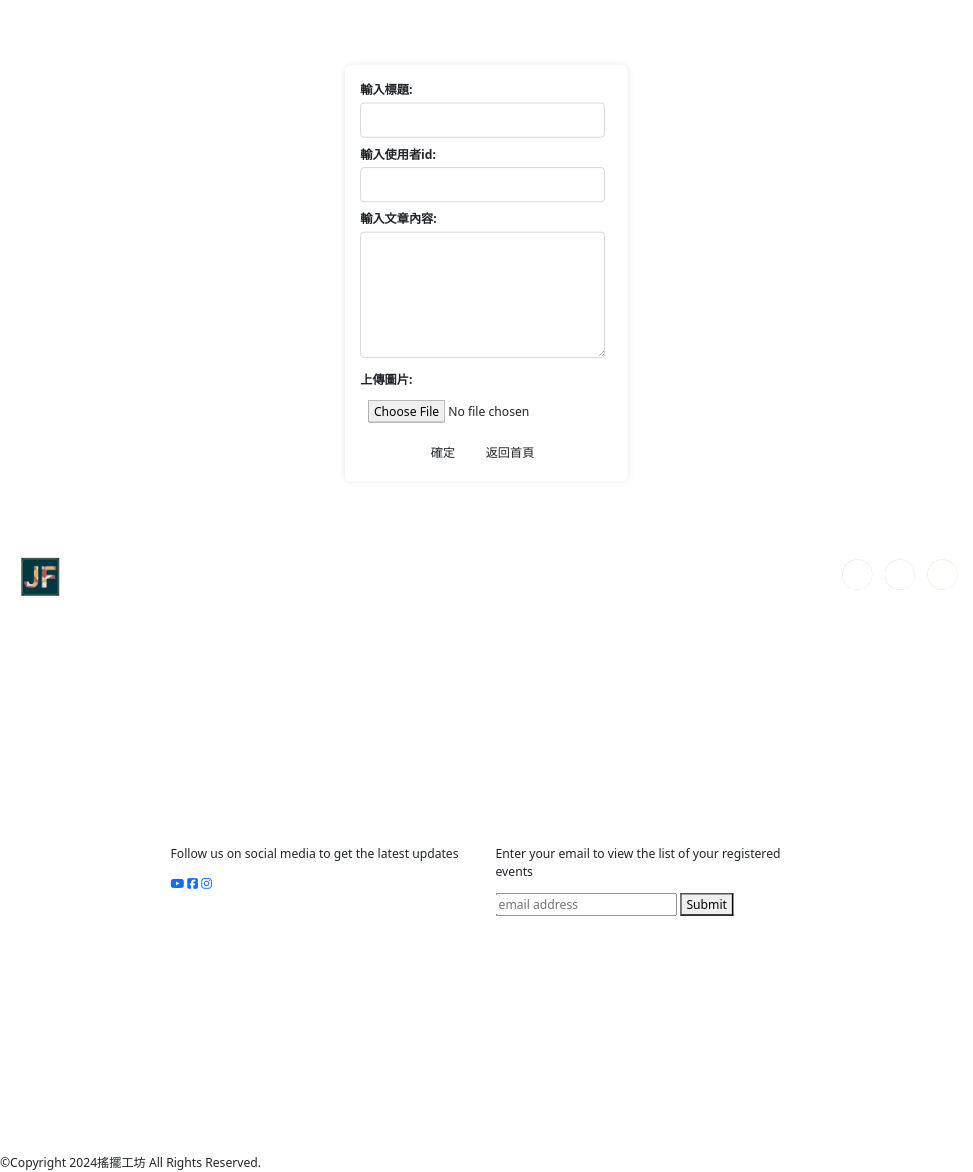
Repository: mmmooonnn0211/project
Page: workspace/demoSpringBoot-1/src/main/resources/static/html/LTInsertFront.html
The author's editor kept a copy of each file at every save. The page is drawn from the files as they stood at one save, then again after the next save.
The browser window is 1280 px wide. The pictures show the whole page, at 76% of full size.
Some web libraries are served in a nearby version.

Above is the page before, as saved 2024-05-06 19:47:37.

### workspace/demoSpringBoot-1/src/main/resources/static/html/LTInsertFront.html
<!DOCTYPE html>
<html>

<head>
	<style>
		body {
			font-family: 'Nunito', sans-serif;
			background-color: #fdf5e6;
			margin: 0;
			padding: 0;
		}

		.container {
			min-height: 100vh;
			display: flex;
			justify-content: center;
			align-items: center;
		}

		.form {
			max-width: 400px;
			padding: 20px;
			background-color: #fff;
			border-radius: 8px;
			box-shadow: 0 0 10px rgba(0, 0, 0, 0.1);
		}

		.form label {
			font-weight: bold;
			margin-bottom: 5px;
			display: block;
		}

		.form input[type="text"],
		.form textarea {
			width: calc(100% - 10px);
			padding: 10px;
			margin-bottom: 10px;
			border: 1px solid #ccc;
			border-radius: 5px;
			font-size: 16px;
			resize: vertical;
		}

		.form input[type="file"] {
			width: calc(100% - 10px);
			padding: 10px;
			margin-bottom: 10px;
		}

		.btn-container {
			text-align: center;
		}

		.btn {
			background-color: #4DFFFF;
			border: none;
			color: black;
			padding: 10px 20px;
			text-align: center;
			text-decoration: none;
			display: inline-block;
			font-size: 16px;
			margin-right: 10px;
			border-radius: 8px;
			cursor: pointer;
			transition: background-color 0.3s;
		}

		.btn:hover {
			background-color: #00cccc;
		}
	</style>
	<meta charset="UTF-8">
	<title>Insert title here</title>
	<script src="https://cdn.jsdelivr.net/npm/sweetalert2@11"></script>

	<link href="https://cdn.jsdelivr.net/npm/bootstrap@5.0.0-beta3/dist/css/bootstrap.min.css" rel="stylesheet"
		integrity="sha384-eOJMYsd53ii+scO/bJGFsiCZc+5NDVN2yr8+0RDqr0Ql0h+rP48ckxlpbzKgwra6" crossorigin="anonymous">
	<script src="https://kit.fontawesome.com/4287c80df9.js" crossorigin="anonymous"></script>

	<!--Google Font : Nunito-->
	<link rel="preconnect" href="https://fonts.gstatic.com">
	<link href="https://fonts.googleapis.com/css2?family=Nunito:wght@600&display=swap" rel="stylesheet">
</head>

<body>
	<div class="container">
		<div class="form">
			<form method="post" action="/LTinsertFront.controller" enctype="multipart/form-data"
				onsubmit="return validateForm();">
				<label for="title">輸入標題:</label>
				<input type="text" id="title" name="title" />

				<label for="userId">輸入使用者id:</label>
				<input type="text" id="userId" name="userId" />

				<label for="content">輸入文章內容:</label>
				<textarea id="content" name="content" rows="6"></textarea>

				<label for="picture">上傳圖片:</label>
				<input type="file" id="picture" name="picture" />

				<div class="btn-container">
					<input class="btn" type="submit" value="確定" />
					<a class="btn" href="/LTSelectAll">返回首頁</a>
				</div>
			</form>
		</div>
	</div>

	<script>
		function validateForm() {
			var titleInput = document.getElementById('title').value.trim();
			var userIdInput = document.getElementById('userId').value.trim();
			var contentInput = document.getElementById('content').value.trim();

			if (titleInput === '' || userIdInput === '' || contentInput === '') {
				Swal.fire({
					icon: 'warning',
					title: '請確保標題、ID、文章內容都已輸入😒😒😒',
					showConfirmButton: false,
					timer: 1500
				});
				return false;
			}
			return true;
		}
		fetch('/html/basic.html')
			.then(response => response.text())
			.then(html => {
				document.body.innerHTML += html;
			});
	</script>
</body>

</html>

### workspace/demoSpringBoot-1/src/main/resources/static/html/basic.html
<!doctype html>
<html lang="en">

<head>
    <!-- Required meta tags -->
    <meta charset="utf-8">
    <meta name="viewport" content="width=device-width, initial-scale=1">




    <title>JFSwing</title>
</head>

<body>

    <!-- Shashank's Section -->
    <!-- <section class="title"> -->
    <!-- Navbar section -->
    <nav class="navbar navbar-expand-lg navbar-dark">
        <!-- <LOGO> -->
        <div class="container-fluid">
            <div width="50px" height="50px">
                <a class="m-3" href="index.html"> <img src="../images/LOGO.png" width="50px" height="50px"
                        alt="Eternals">
                </a>
                <button class="navbar-toggler" type="button" data-bs-toggle="collapse" data-bs-target="#navbarCollapse"
                    aria-controls="navbarCollapse" aria-expanded="false" aria-label="Toggle navigation">
                    <span class="navbar-toggler-icon"></span>
                </button>
            </div>
            <div class="collapse navbar-collapse" id="navbarCollapse">
                <ul class="navbar-nav ">
                    <li class="nav-item">
                        <a class="nav-link active" href="frontPage.html">Home </a>
                    </li>
                    <li class="nav-item">
                        <a class="nav-link" href="about.html">關於</a>
                    </li>
                    <li class="nav-item">
                        <a class="nav-link" href="EventAll.html">活動</a>
                    </li>
                    <li class="nav-item">
                        <a class="nav-link" href="/LTSelectAll2">互動區</a>
                    </li>
                    <li class="nav-item">
                        <a class="nav-link" href="contact.html">課程</a>
                    </li>
                    <li class="nav-item">
                        <a class="nav-link" href="">購物車</a>
                    </li>
                    <li class="nav-item">
                        <a class="nav-link" href="">配對</a>
                    </li>

                </ul>

            </div>

            <!-- <右上角的東西> -->
            <div class="navbar-nav justify-content-end">
                <ul class="navbar-nav">
                    <li class="nav-item">
                        <div class="m-2 rounded-circle overflow-hidden align-self-center ratio ratio-1x1"
                            style="width: 40px">
                            <img src="../images/LOVE.png" alt="" class="object-fit-cover w-100 h-100" />
                        </div>
                    </li>
                    <li class="nav-item">
                        <div class="m-2 rounded-circle overflow-hidden align-self-center ratio ratio-1x1"
                            style="width: 40px">
                            <img src="../images/SHOP.png" alt="" class="object-fit-cover w-100 h-100" />
                        </div>
                    </li>
                    <li class="nav-item">
                        <a href="#" target="_blank"
                            class="m-2 rounded-circle overflow-hidden align-self-center ratio ratio-1x1"
                            style="width: 40px; display: inline-block;">
                            <img src="../images/MAN.png" alt="Facebook" class="object-fit-cover w-100 h-100" />
                        </a>
                    </li>

                </ul>

            </div>
        </div>
    </nav>

    <!-- Title -->
    <!-- <中間> -->



    <!-- footer-->
    <div class="slant footer-content mt-auto">

        <footer class="below">
            <div class="container">
                <div class="row">
                    <div class="col-lg-6">
                        <p class="left">Follow us on social media to get the latest updates</p>
                        <a href="#"><i class="fab fa-youtube"></i></a>
                        <a href="https://www.facebook.com/apple.hi.77?mibextid=kFxxJD"><i
                                class="fab fa-facebook-square"></i></a>
                        <a href="#"><i class="fab fa-instagram"></i></a>

                    </div>
                    <div class="col-lg-6">
                        <p class="right">Enter your email to view the list of your registered events</p>
                        <input id="mail" placeholder="email address">
                        <span><button id="bttn">
                                Submit </button></span>
                    </div>
                </div>
                <hr style="margin-top: 50px;">
            </div>
            <div class="last">&copy;Copyright 2024搖擺工坊 All Rights Reserved.</div>
        </footer>

    </div>



</body>

</html>

### workspace/demoSpringBoot-1/src/main/resources/static/styles/home.css
/* hiding vertical scroll bar from every page */
::-webkit-scrollbar {
  width: 0 !important
}




body {
  font-family: 'Nunito', sans-serif;
  background-color: #FBF8EC;
  word-spacing: 0.25rem;
}

::selection {
  color: black;
  background: #ffc100;
}

::placeholder {
  color: rgb(202, 192, 192);
}

.neon-yellow {
  color: #ffc100;
}

.working-heading {
  font-size: 2.3rem;
  font-weight: bold;
  color: black;
}


.date-style {
  font-weight: 850;
  padding: 0 0 0.3rem 0;
}

.sub-heading {
  font-size: 1.5rem;
  font-weight: 1000;
  padding: 0 0 0.3rem 0;
}

.small-subtext {
  color: black;
  font-weight: 700;
  font-size: 1rem;
}

.process-heading {
  font-weight: 1000;
  font-size: 0.95rem;
}

.eng,
.feedback,
.some {
  font-size: 2.3rem;
  font-weight: 1000;
  color: black;
}

.center-line {
  border-left: 0.58rem solid #ffc100;
  height: 110%;
  position: absolute;
  top: 0%;
  left: 0%;
}

.padding-for-mobile {
  padding: 0 1rem 2rem 4rem;
  text-align: left;
  /*background-color:  white;*/
}

.stickyy-corner {
  position: -webkit-sticky;
  position: sticky;
  top: 0;
}

.timeline-left-style {
  color: black;
  text-align: right;
  padding: 0 4rem 0 5.2rem;
}

.timeline-right-style {
  color: black;
  text-align: left;
  position: relative;
  padding: 0 5.2rem 0 4rem;
  overflow-y: hidden;
}

.d-block {
  margin-top: 2%;
  border-radius: 7px;
  border: 3px solid rgb(245, 241, 241);
  width: 100%;
}

.chess,
.review,
.event {
  color: #ffc100;
  font-weight: 850;
  font-size: 0.95rem;
}


#text {
  font-weight: 850;
  font-size: 0.75rem;
  margin-bottom: 7px;
}

#sugg {
  font-size: 1.5rem;
  font-weight: 1000;
}

#btn {
  background-color: #ffc100;
  color: rgb(0, 0, 0);
  padding: 10px 20px;
  text-align: center;
  border: none;
  border-radius: 3px;
  display: block;
  margin: auto;
  margin-top: 15px;
  font-weight: bold;
}


#box,
#msg {
  background-color: #DDDDDD;
  border-radius: 3.5px;
  border: none;
  margin-bottom: 12px;
  width: 100%;
}

#msg {
  height: 120px;
}

#box {
  height: 35px;
}

#spon {
  color: black;
  margin-top: 60px;
  display: flex;
  justify-content: space-evenly;
  align-items: center;
  font-weight: bold;
  margin-bottom: 20px;
}

.image {
  height: 100px;
}

.image3 {
  height: 250px;
  overflow-y: hidden;
}

.pic1,
.pic2 {
  font-weight: bold;
  font-size: medium;
}

.pic1 {
  margin-top: 20px;
}

.column {
  display: flex;
  flex-direction: column;
  justify-content: space-evenly;
  align-items: center;
}

.columns {
  display: flex;
  flex-direction: column;
  justify-content: center;
  align-items: flex-start;
}

.pic2 {
  color: gray;
  font-size: small;
}

.event,
.some,
.last,
.pic,
.pic1,
.pic2 {
  display: flex;
  justify-content: space-evenly;
  align-items: center;
}

.subhead {
  color: black;
  font-size: 3rem;
  overflow-y: hidden;
}

.active {
  color: #ffc100;
}

.active:hover {
  color: #ffc100;
}

p {
  color: black;
}

.title-img {
  width: 25%;
  margin-left: 8%;
  transform: rotate(10deg);
}

.hover {
  color: #ffc100;
}

.title-img3 {
  width: 25%;
  transform: rotate(-10deg);
}

.title-img2 {
  width: 35%;
  padding-right: 5%;
  padding-left: 5%;


}

.carousel-img-styles {
  border: 0.13rem solid black;
  border-radius: 1rem;
}

h1 {
  font-size: 5rem;
  line-height: 1.5;
  font-weight: 900;
}

#title {
  margin-bottom: 11rem;
}

.col-lg-3 {
  padding-left: 3rem;
}

.ex-btn {
  margin-top: 2.5rem;
  margin-bottom: 30px;
}

.carousel-container {
  width: 55%;
}

#cards {
  padding: 10px 50px;
}

.card {
  background-color: black;
  border-radius: 10px;
  /* display: block;
    margin: auto;
    font: 16px;
    width:55%; */
  padding: 30px 20px;

}

@media only screen and (max-width: 767px) {
  .small-subtext {
    font-size: 0.8rem;
  }

  .padding-for-mobile {
    padding: 0 0 4rem 2rem;
  }

  /*
  .sticky-corner {
    position: static;
  }
  */
  #cards {
    padding: 0px 20px;
  }


  .sub-heading {
    font-size: 1.3rem;
  }

  .process-heading {
    font-size: 0.85rem;
  }

  .working-heading {
    font-size: 1.5rem;
  }

  .timeline-left-style {
    padding: 0 2.5rem 0 3rem;
  }

  .timeline-right-style {
    padding: 0 3rem 0 2.5rem;
  }

  #spon {
    font-size: 1.5rem;
  }

  .some,
  .eng,
  .feedback {
    font-size: 1.5rem;
  }

  .card {
    width: 100%;
  }

  .pic {
    flex-direction: column;
  }

  .carousel-container {
    width: 85%;
  }
}

@media only screen and (max-width: 575px) {

  .title-img,
  .title-img3 {
    display: none;
  }

  .title-img2 {
    display: block;
    margin: auto;
    width: 100%;
    padding: 50px;
  }
}

@media only screen and (max-width: 375px) {


  .date-style {
    font-size: 0.8rem;
  }

  .sub-heading {
    font-size: 0.9rem;
  }

  .small-subtext {
    font-size: 0.7rem;
  }

  .timeline-left-style {
    padding: 0 1.6rem 0 2rem;
  }

  .timeline-right-style {
    padding: 0 2rem 0 2rem;
  }
}

### workspace/demoSpringBoot-1/src/main/resources/static/styles/footer.css
/*
hiding vertical scroll bar from every page
*/
::-webkit-scrollbar {
    width: 0 !important
}




.slant {
    /* width: 110%;
    background-color: #DDDDDD;
    transform: rotate(-3deg);
    height: 100px; */
    clip-path: polygon(0 15%, 100% 0, 100% 100%, 0 100%);
  }

  .container{
    margin-top: 30px;
  }

  .left, .right {
    font-size: large;
    font-weight: bold;
    margin-top: 50px;
    color: rgb(61, 59, 59);
    margin-bottom: 30px;
  }

  .below {
    background-color:#D4B572;
    position: relative;
    padding-top: 8px;
    padding-bottom: 6px;
    width: 100%;
    height: 100%;
  }

  #mail {
    border: none;
    height: 30px;
    padding: 20px;
    font-size: small;
    font-weight: bold;
  }

  #bttn {
    background-color: #ffc100;
    color: black;
    padding: 12px 20px;
    text-align: center;
    border: none;
    border-radius: 3px;
    font-weight: bold;
  }


  .fa-youtube:hover{
    color: rgb(230, 59, 59);
    transition: 0.5s;
  }

  .fa-twitter:hover, .fa-facebook-square:hover{
    color: rgba(18, 212, 212, 0.596);
    transition: 0.5s;
  }

  .fa-instagram:hover{
    color: rgb(218, 30, 61);
    transition: 0.5s;
  }

  .fa-github{
    color: rgb(43, 36, 36);
    transition: 0.5s;
  }

  .fab {
    padding: 0 1rem 0 1rem;
    font-size: 2rem;
    color: black;
  }

  .last {
    font-weight: 900;
    color: rgb(61, 59, 59);
    margin: 20px;
    display: flex;
  justify-content: space-evenly;
  align-items: center;
  }

  @media only screen and (max-width: 767px) {
    .slant{
      clip-path: polygon(0 5%, 100% 0, 100% 100%, 0 100%);
    }
  }

  @media only screen and (max-width: 375px) {
    .slant{
      clip-path: polygon(0 5%, 100% 0, 100% 100%, 0 100%);
    }
  }

### workspace/demoSpringBoot-1/src/main/resources/static/styles/navbar.css
/* 鼠標移動導覽列*/
.nav-item :hover {
  color: rgb(255, 128, 128);
  cursor: pointer;
  background-color: #B15A5E;
  border-radius: 10px;
}

.navbar a {
  color: #ff2600a2;
  border-radius: 10px;
}


.navbar {
  padding: 1rem 2rem;
  position: fixed;
  z-index: 100;
  width: 100%;
  margin: 0;
  top: 0;
  left: 0;
  background-color: #D4B572;
}

.nav-item {
  padding: 0 20px 0 0;
}

.nav-link {
  font-size: 1.9rem;
  font-weight: 900;

}


.dropdown-item,
.dropdown-menu {
  background-color: #B15A5E;
  color: #BF3F41;
  ;
  margin: 0;
}






.dropdown-menu a {
  color: white;
  ;
  text-decoration: none;
  display: block;
  text-align: left;
}

After the next save:
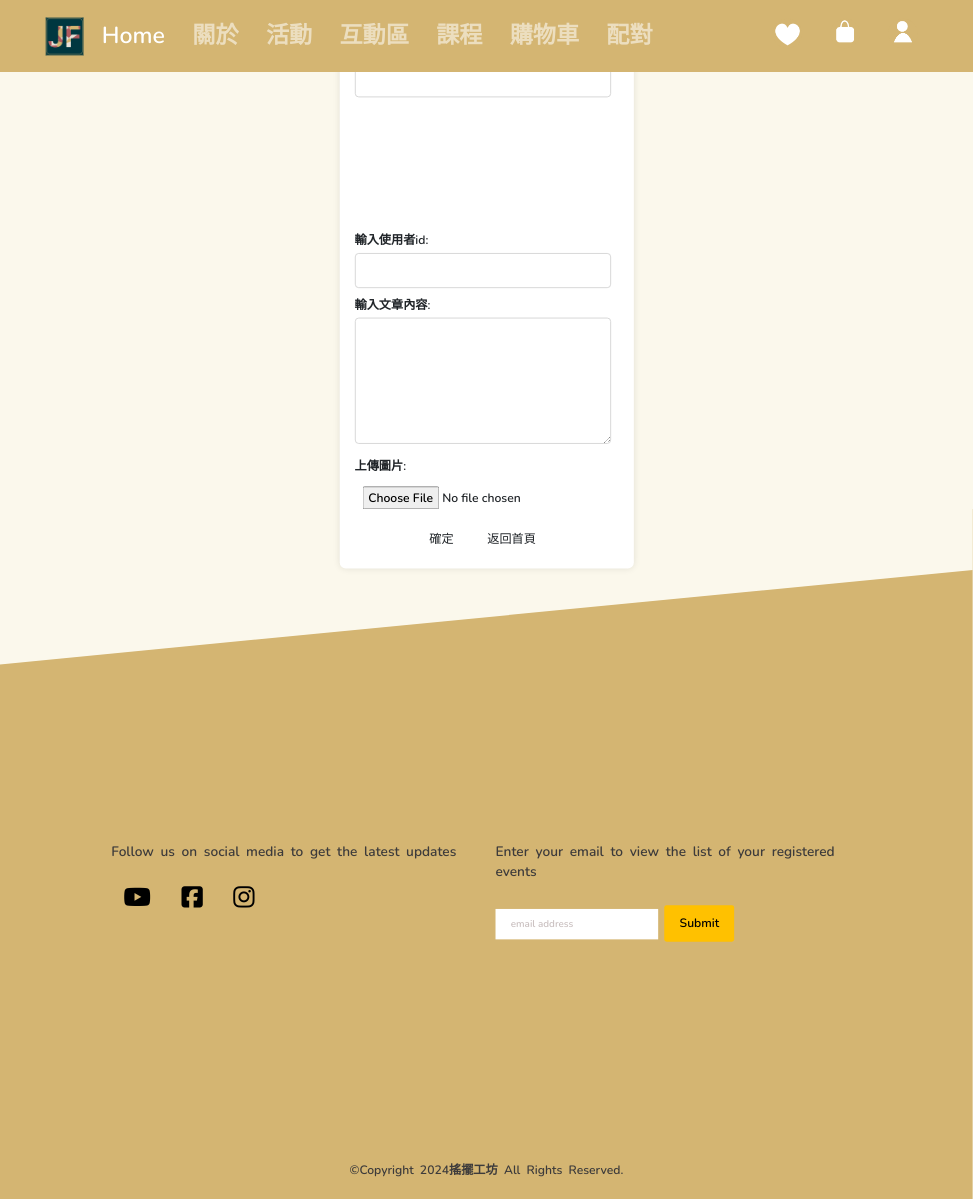
Saved 85 s later.
--- a/workspace/demoSpringBoot-1/src/main/resources/static/html/LTInsertFront.html
+++ b/workspace/demoSpringBoot-1/src/main/resources/static/html/LTInsertFront.html
@@ -71,10 +71,6 @@
 			background-color: #00cccc;
 		}
 	</style>
-	<meta charset="UTF-8">
-	<title>Insert title here</title>
-	<script src="https://cdn.jsdelivr.net/npm/sweetalert2@11"></script>
-
 	<link href="https://cdn.jsdelivr.net/npm/bootstrap@5.0.0-beta3/dist/css/bootstrap.min.css" rel="stylesheet"
 		integrity="sha384-eOJMYsd53ii+scO/bJGFsiCZc+5NDVN2yr8+0RDqr0Ql0h+rP48ckxlpbzKgwra6" crossorigin="anonymous">
 	<script src="https://kit.fontawesome.com/4287c80df9.js" crossorigin="anonymous"></script>
@@ -82,9 +78,42 @@
 	<!--Google Font : Nunito-->
 	<link rel="preconnect" href="https://fonts.gstatic.com">
 	<link href="https://fonts.googleapis.com/css2?family=Nunito:wght@600&display=swap" rel="stylesheet">
+
+	<!-- For style(All CSS content) -->
+	<link rel="stylesheet" type="text/css" href="../styles/home.css" />
+	<link rel="stylesheet" type="text/css" href="../styles/footer.css" />
+	<link rel="stylesheet" type="text/css" href="../styles/navbar.css" />
+	<link rel="icon" href="images/favicon.ico">
+
+	<!-- JS Bundle for BS  -->
+	<script src="https://cdn.jsdelivr.net/npm/popper.js@1.16.1/dist/umd/popper.min.js"
+		integrity="sha384-9/reFTGAW83EW2RDu2S0VKaIzap3H66lZH81PoYlFhbGU+6BZp6G7niu735Sk7lN" crossorigin="anonymous">
+		</script>
+	<script src="https://cdn.jsdelivr.net/npm/sweetalert2@11"></script>
 </head>
 
 <body>
+	<!-- navbar -->
+	<nav class="navbar navbar-expand-lg navbar-dark bg-dark fixed-top">
+		<div class="container-fluid">
+			<a class="navbar-brand" href="#">Your Brand</a>
+			<button class="navbar-toggler" type="button" data-bs-toggle="collapse" data-bs-target="#navbarNav"
+				aria-controls="navbarNav" aria-expanded="false" aria-label="Toggle navigation">
+				<span class="navbar-toggler-icon"></span>
+			</button>
+			<div class="collapse navbar-collapse" id="navbarNav">
+				<ul class="navbar-nav ms-auto">
+					<li class="nav-item"><a class="nav-link active" aria-current="page" href="#">Home</a></li>
+					<li class="nav-item"><a class="nav-link" href="#">About</a></li>
+					<li class="nav-item"><a class="nav-link" href="#">Services</a>
+					</li>
+					<li class="nav-item"><a class="nav-link" href="#">Contact</a>
+					</li>
+				</ul>
+			</div>
+		</div>
+	</nav>
+
 	<div class="container">
 		<div class="form">
 			<form method="post" action="/LTinsertFront.controller" enctype="multipart/form-data"
